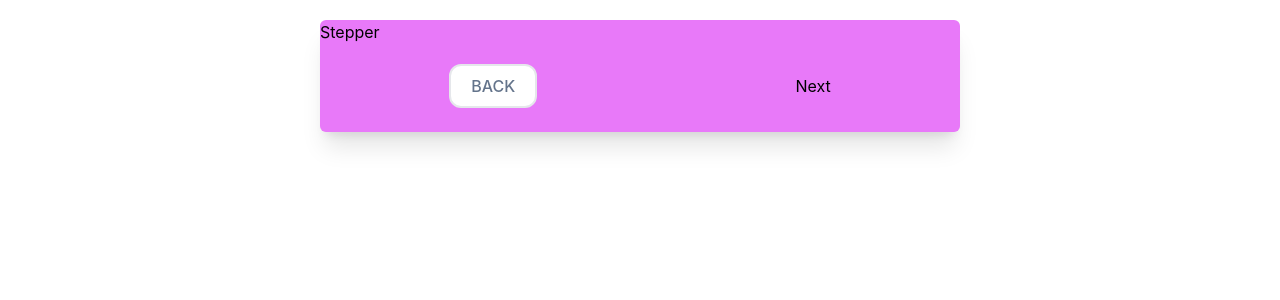
Repository: OmniaRafat232111121/reactstepper
Page: /
These files come from the project's save history. The page is drawn as it stood at one moment and after a run of saves; the edit follows.
The browser window is 1280 px wide. The pictures show the whole page.
The project was rebuilt for these pictures with package versions that can differ from the ones it lists, and the page was loaded fresh each time. Also part of the build but not shown: src/App.css.

Above is the page before, as saved 2023-02-21 23:21:02.

### src/App.js

import './App.css';
import Stepper from './Component/Stepper';
import StepperControl from './Component/StepperControl';
function App() {
  return (
    <div className="md:w-1/2 mx-auto  rounded-md shadow-xl bg-fuchsia-400 pb-2 mt-5">
     {/*stepper*/}
    <div className='container horizontal mt-5'>
    <Stepper/>
    </div>
     {/*StepperCOntrol*/}
     <StepperControl/>
    </div>
  );
}

export default App;

### src/Component/Stepper.js
import React from 'react'

const Stepper = () => {
  return (
    <div>
      <h1>Stepper</h1>
    </div>
  )
}

export default Stepper

### src/Component/StepperControl.js
import React from 'react'

const StepperControl = () => {
  return (
    <div className='container  flex justify-around mt-5 mb-4'>
       {/*back button*/}
       <button className='bg-white text-slate-500 font-medium  uppercase px-5 py-2  rounded-xl
       cursor-pointer border-2'>
       Back
       </button>
        {/*next button*/}
        <button>
    Next
       </button>
    </div>
  )
}

export default StepperControl

Loaded but not shown: public/index.html (common file); src/index.js (common file); src/index.css (common file); tailwind.config.js (common file)

After the next 3 saves:
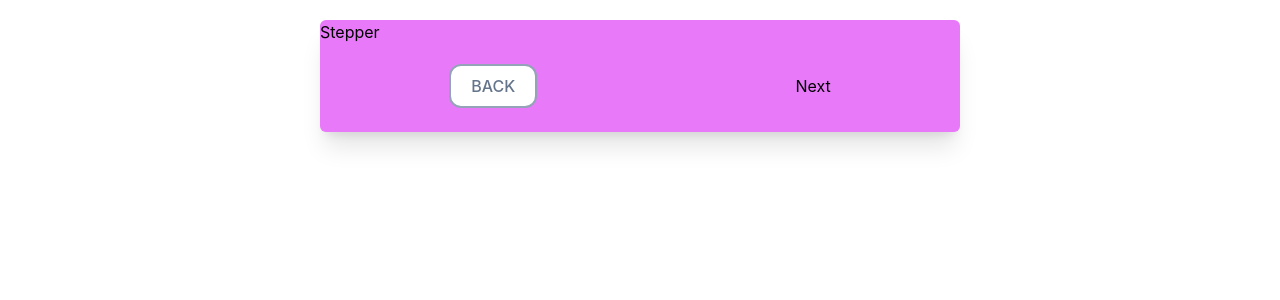
The 3 saves are shown as one change because they came seconds apart.
The last was saved 9 s later.
--- a/src/Component/StepperControl.js
+++ b/src/Component/StepperControl.js
@@ -5,7 +5,7 @@ const StepperControl = () => {
     <div className='container  flex justify-around mt-5 mb-4'>
        {/*back button*/}
        <button className='bg-white text-slate-500 font-medium  uppercase px-5 py-2  rounded-xl
-       cursor-pointer border-2'>
+       cursor-pointer border-2 border-slate-400'>
        Back
        </button>
         {/*next button*/}
